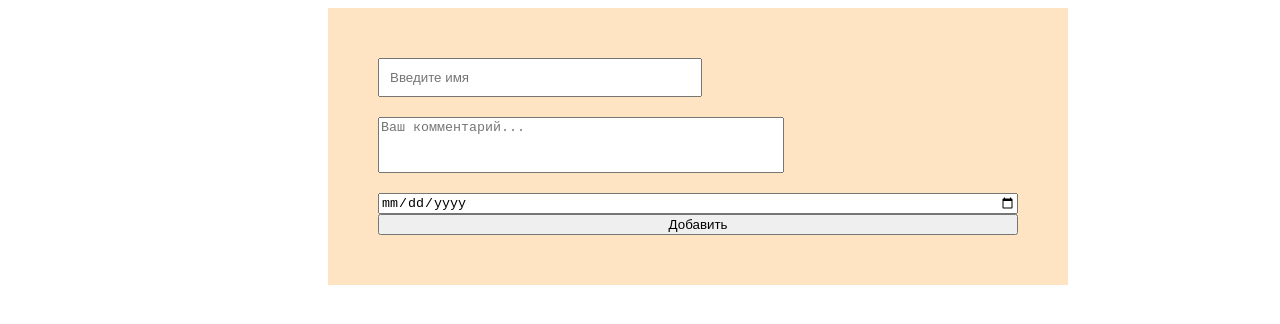
Repository: Grid-Master/commentList
Page: index.html
The author's editor kept a copy of each file at every save. The page is drawn from the files as they stood at one save, then again after the next save.
The browser window is 1280 px wide. The pictures show the whole page.

Above is the page before, as saved 2023-03-06 21:41:16.

After the next save:
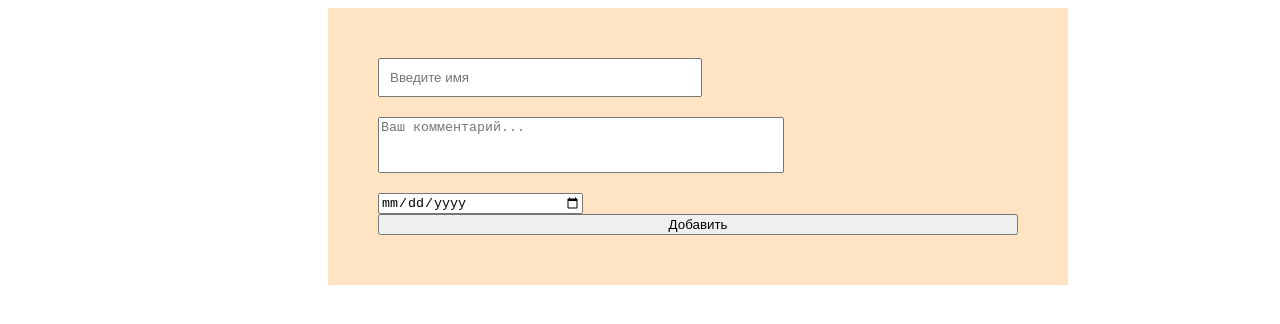
Saved 53 s later.
--- a/index.html
+++ b/index.html
@@ -26,6 +26,10 @@
         resize: none;
         margin-bottom: 20px;
       }
+
+      input[type='date'] {
+        width: 200px;
+      }
     </style>
   </head>
   <body>
